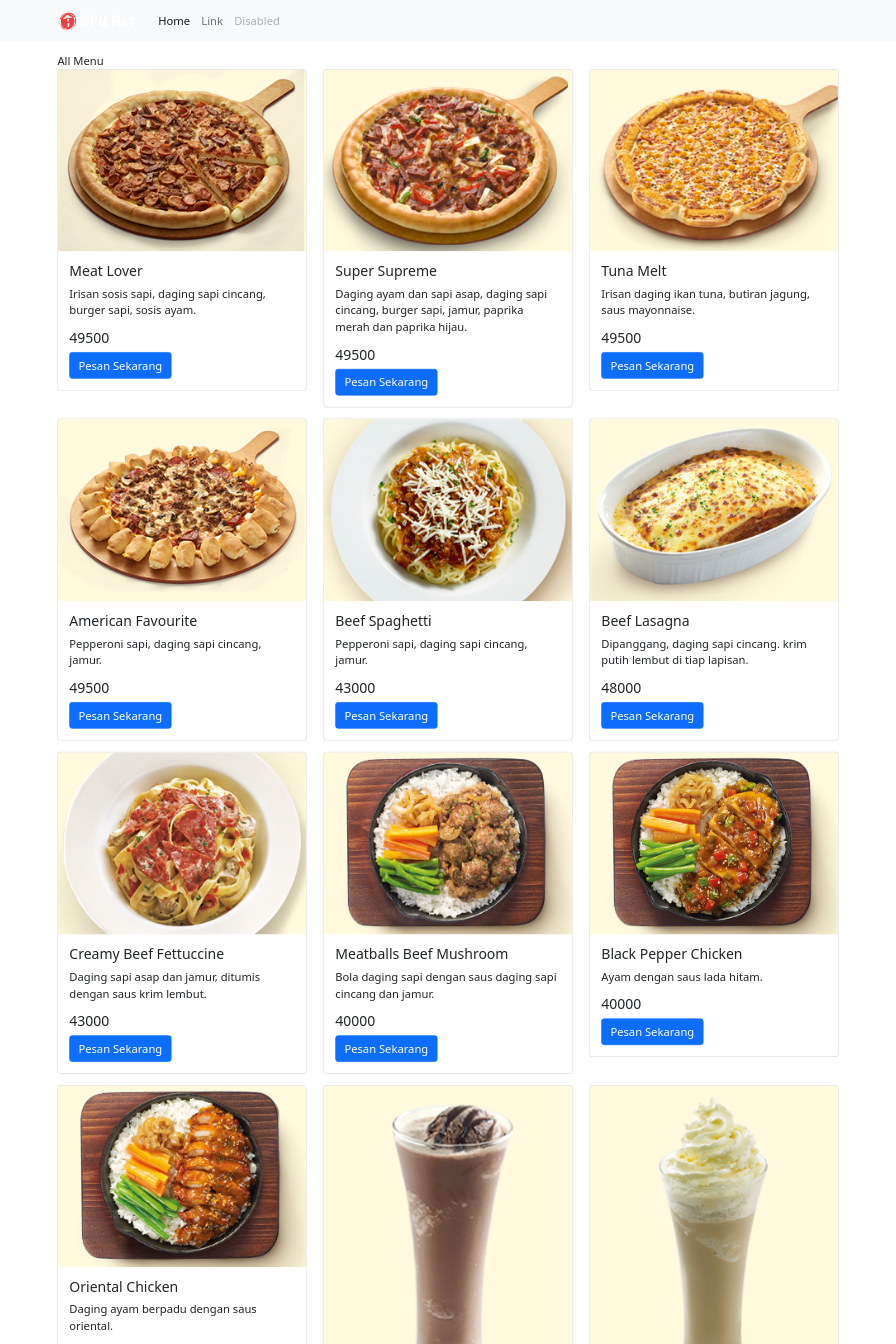
Repository: bayukembara/RESTAPI
Page: latihan2.html
These files come from the project's save history. The page is drawn as it stood at one moment and after the next save; the edit follows.
The browser window is 1280 px wide. The pictures show the part of the page from y = 0 to 1920 px (the page is 2793 px tall), at 70% of full size.
Some web libraries are served in a nearby version.

Above is the page before, as saved 2022-04-29 13:34:21.

After the next save:
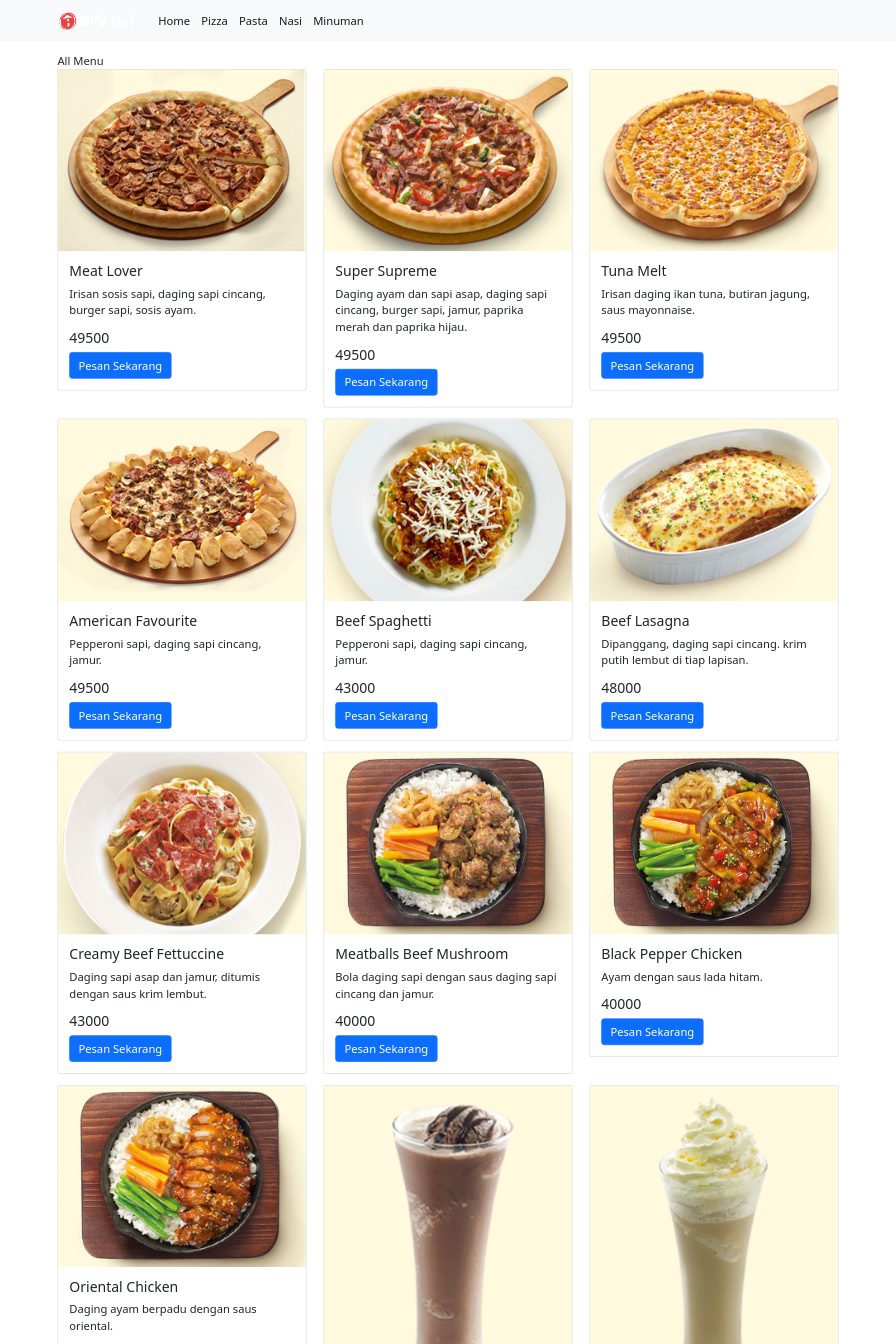
Saved 85 s later.
--- a/latihan2.html
+++ b/latihan2.html
@@ -28,10 +28,16 @@
               <a class="nav-link active" aria-current="page" href="#">Home</a>
             </li>
             <li class="nav-item">
-              <a class="nav-link" href="#">Link</a>
+              <a class="nav-link active" aria-current="page" href="#">Pizza</a>
             </li>
             <li class="nav-item">
-              <a class="nav-link disabled">Disabled</a>
+              <a class="nav-link active" aria-current="page" href="#">Pasta</a>
+            </li>
+            <li class="nav-item">
+              <a class="nav-link active" aria-current="page" href="#">Nasi</a>
+            </li>
+            <li class="nav-item">
+              <a class="nav-link active" aria-current="page" href="#">Minuman</a>
             </li>
           </ul>
         </div>
